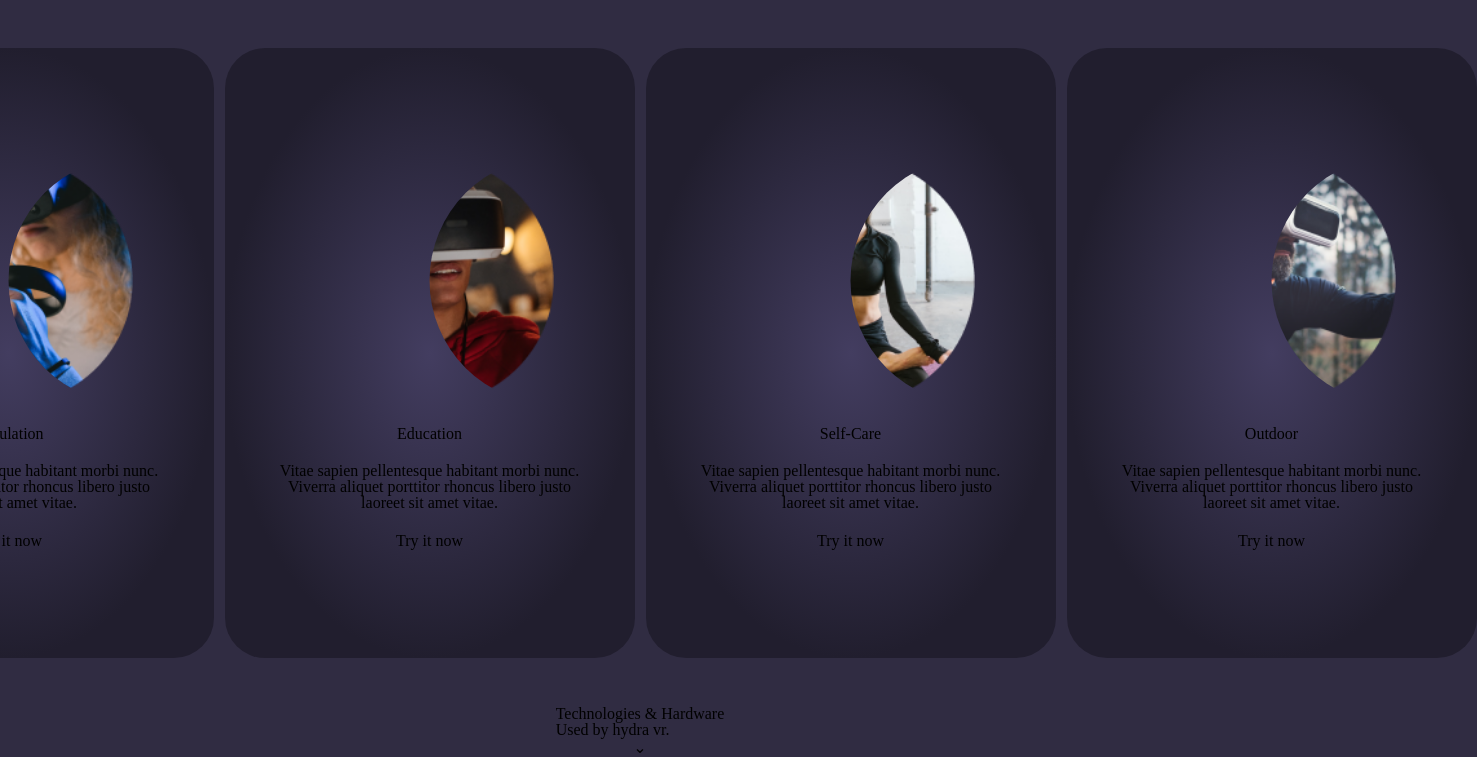
Repository: xMargi/Hydra-LandingPage
Page: index.html
These files come from the project's save history. The page is drawn as it stood at one moment and after the next save; the edit follows.
The browser window is 1280 px wide. The page is 1477 px wide, so the pictures cover 1477 px, including what lies to the right of the window. The pictures show the whole page.

Above is the page before, as saved 2023-06-07 20:19:32.

After the next save:
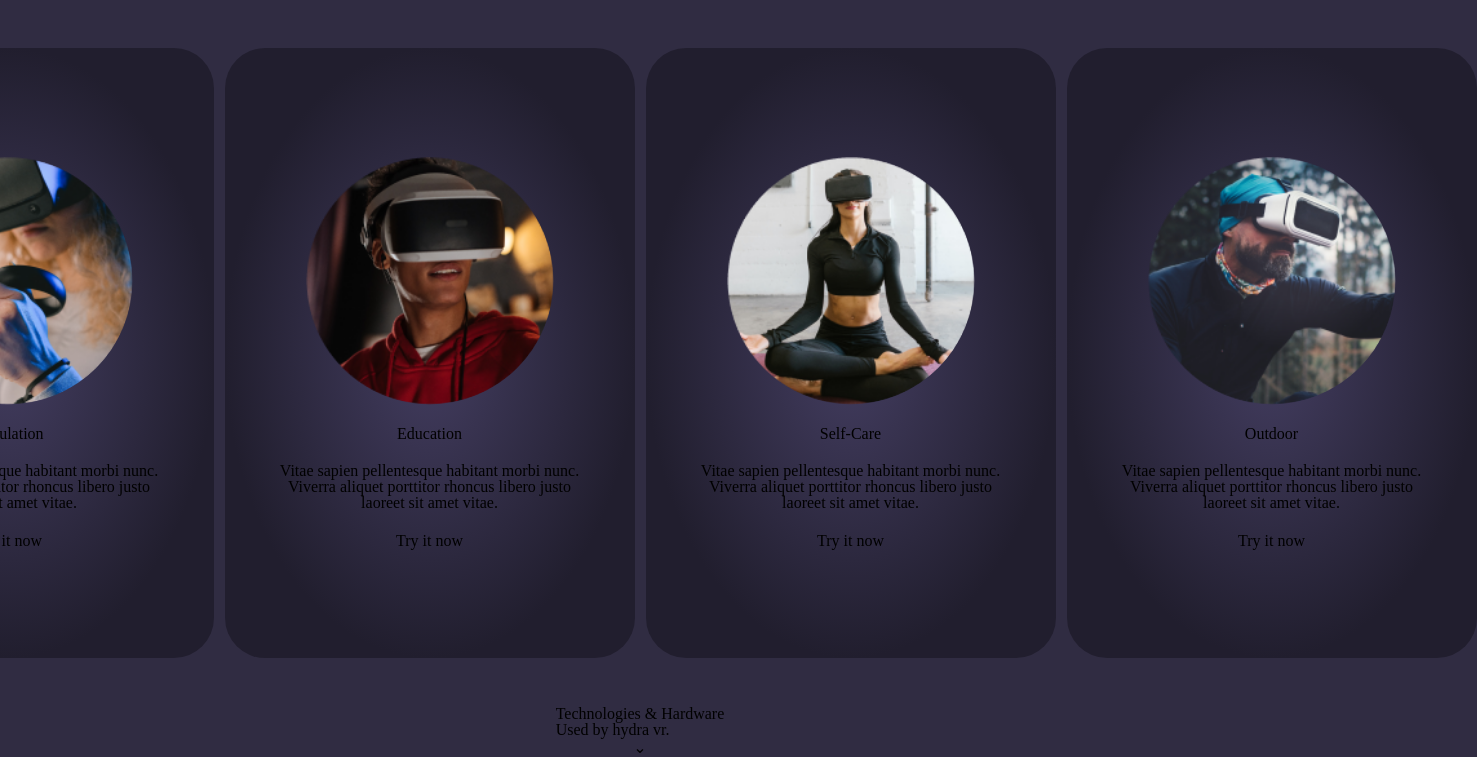
Saved 8 s later.
--- a/style.css
+++ b/style.css
@@ -43,8 +43,8 @@ body{
 }
 
 .cartao__img{
-    shape-outside: circle(100% at 100%);
-    clip-path: circle(50% at 100%);
+    shape-outside: circle(100%);
+    clip-path: circle(50%);
     width: 80%;
 
 
